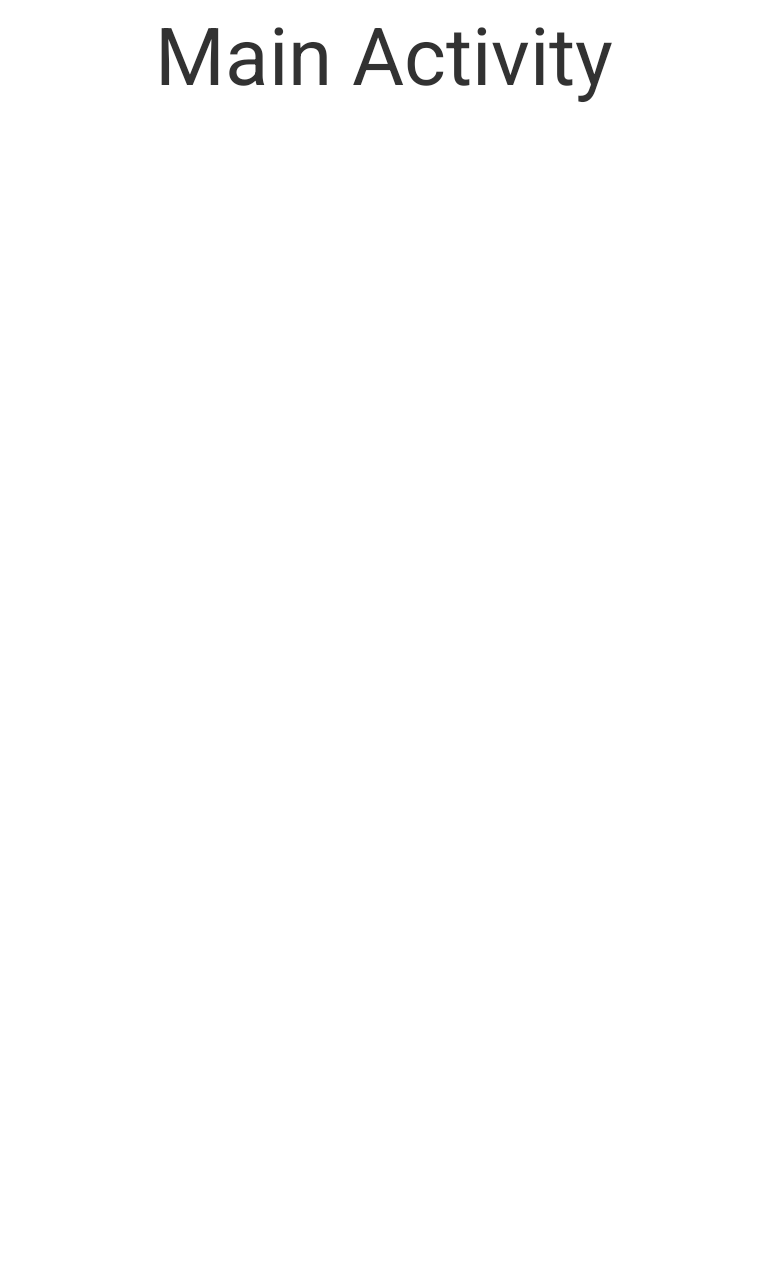
Repository: CiLiNet-Android/courseware
Layout: Android异步通信/DemoProject/ImageDownloader/res/layout/activity_main.xml
The author's editor kept a copy of each file at every save. The layout is drawn from the files as they stood at one save, then again after the next save.
It is drawn on a 768 x 1280 px phone screen (xhdpi) without system bars, with theme AppTheme; the app's code is not run.

Above is the layout before, as saved 2014-03-29 07:39:47.

### Android异步通信/DemoProject/ImageDownloader/res/layout/activity_main.xml
<?xml version="1.0" encoding="utf-8"?>
<LinearLayout xmlns:android="http://schemas.android.com/apk/res/android"
    android:layout_width="match_parent"
    android:layout_height="match_parent"
    android:orientation="vertical" >

    <TextView
        android:layout_width="match_parent"
        android:layout_height="wrap_content"
        android:gravity="center_horizontal"
        android:textSize="40sp"
        android:text="Main Activity"/>

    <ImageView
        android:layout_width="match_parent"
        android:layout_height="300dp"
        android:id="@+id/imgView_image"/>

</LinearLayout>

Loaded but not shown: Android异步通信/DemoProject/ImageDownloader/res/values/styles.xml (common file)

After the next save:
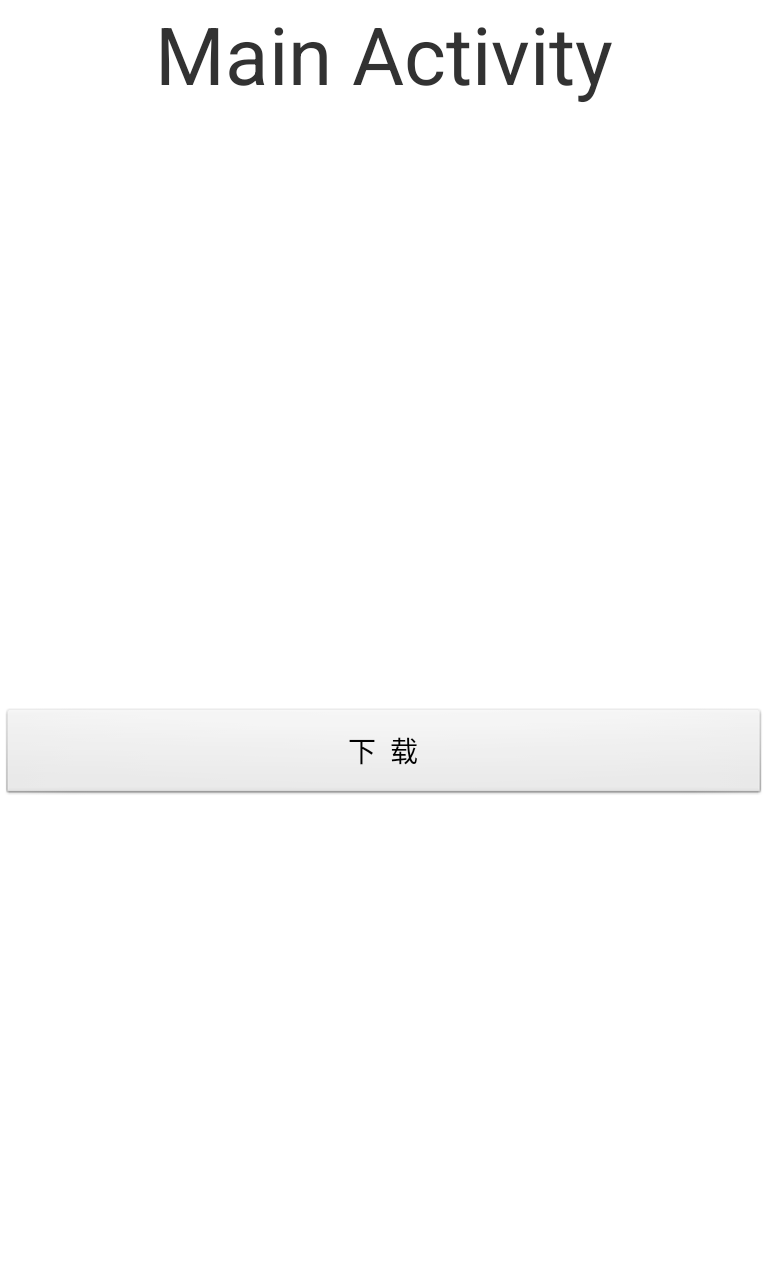
Saved 4 min 27 s later.
--- a/Android异步通信/DemoProject/ImageDownloader/res/layout/activity_main.xml
+++ b/Android异步通信/DemoProject/ImageDownloader/res/layout/activity_main.xml
@@ -16,4 +16,9 @@
         android:layout_height="300dp"
         android:id="@+id/imgView_image"/>
 
+    <Button
+        android:layout_width="match_parent"
+        android:layout_height="wrap_content"
+        android:text="下  载"/>
+
 </LinearLayout>
